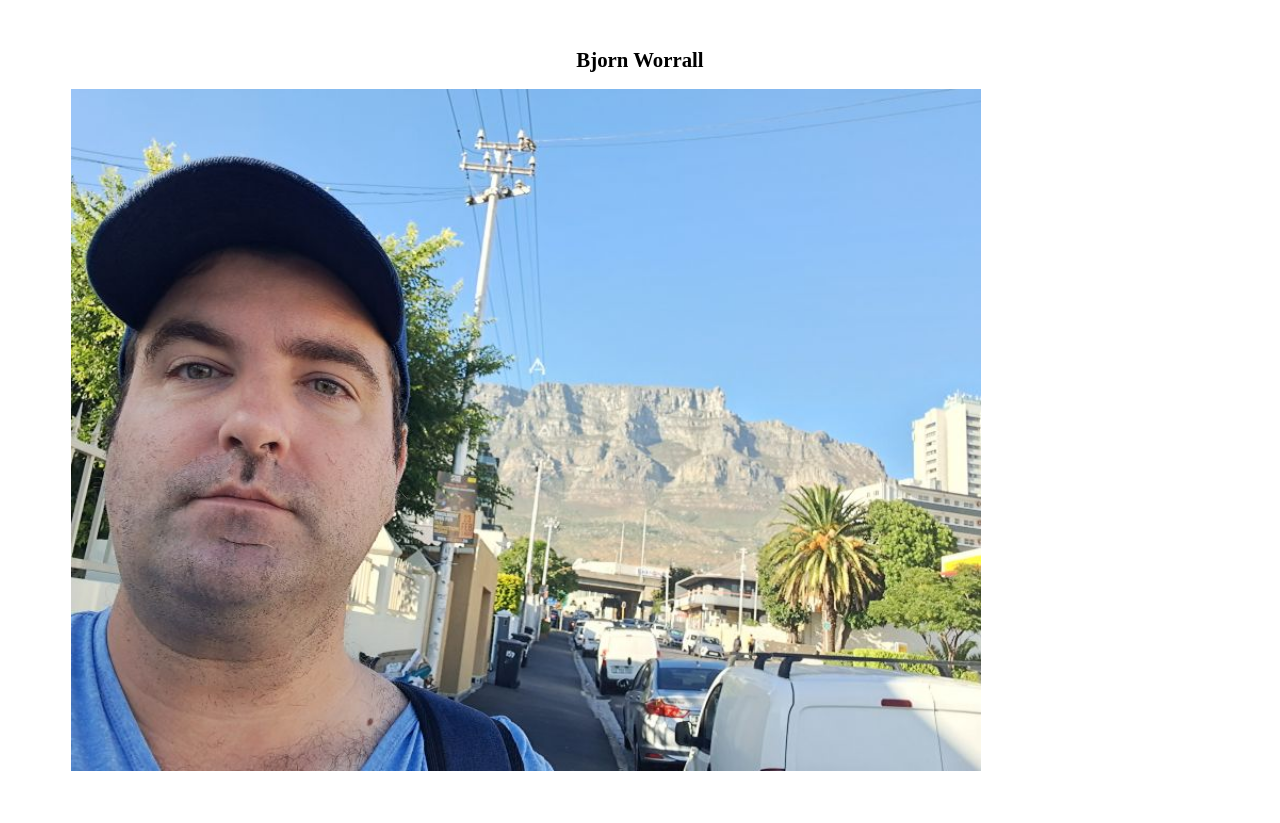
Repository: lasity34/basic-webpage
Page: index.html
These files come from the project's save history. The page is drawn as it stood at one moment and after the next save; the edit follows.
The browser window is 1280 px wide. The pictures show the whole page.

Above is the page before, as saved 2023-03-02 09:10:51.

After the next save:
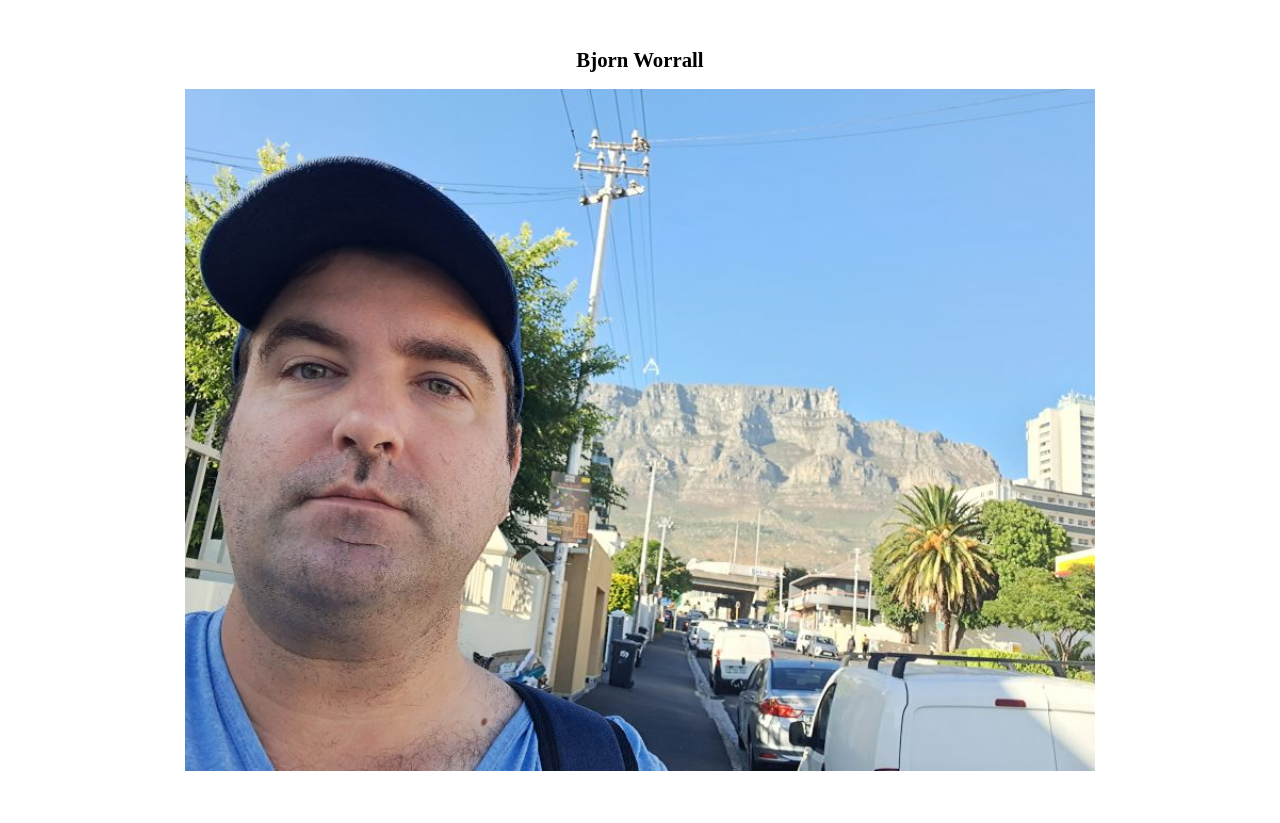
Saved 11 s later.
--- a/styles.css
+++ b/styles.css
@@ -13,6 +13,10 @@ main {
   text-align: center;
 }
 
+#img_container {
+  text-align: center;
+}
+
 #profile_img {
   width: 80%;
   margin: 0 auto;
